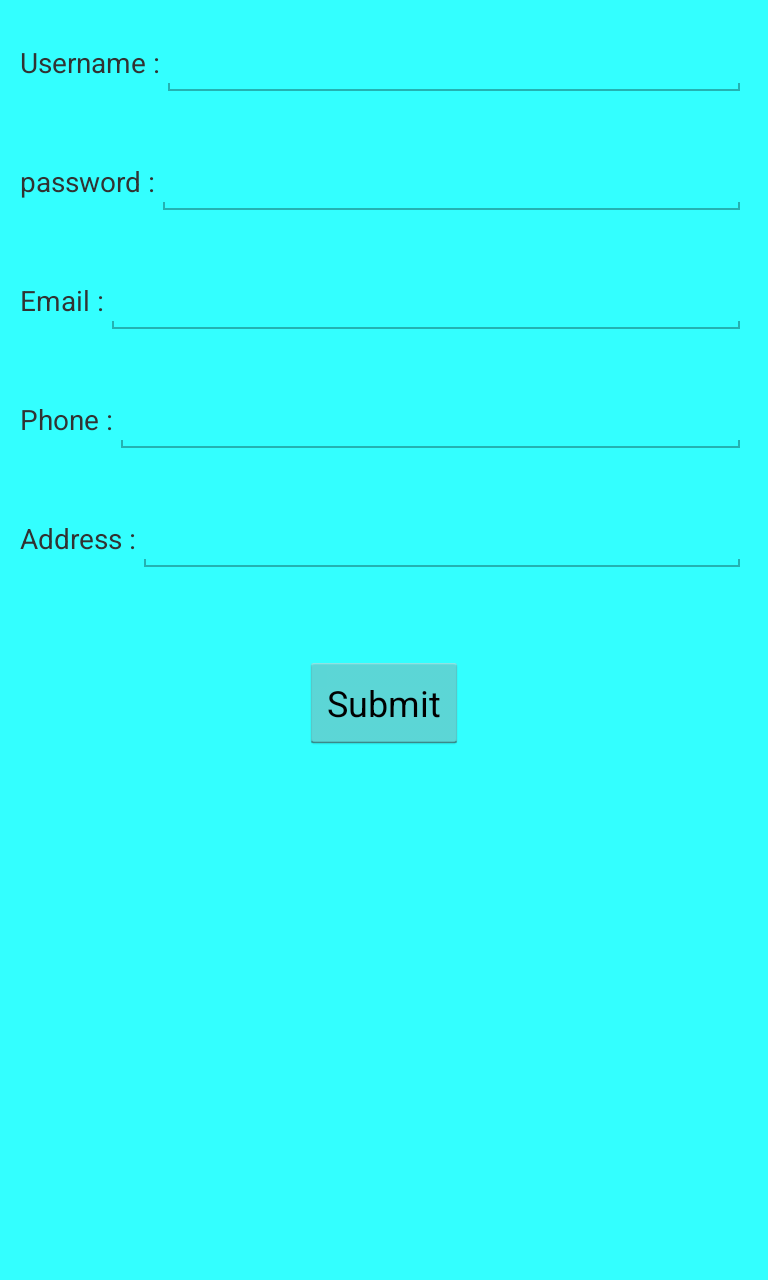
Repository: AnithaGorli/Android
Layout: CustomerApplication/res/layout/login.xml
An editor plug-in stored every save of this project. The layout is shown before and after the next save, followed by the edit.
It is drawn on a 768 x 1280 px phone screen (xhdpi) without system bars, with theme AppTheme; the app's code is not run.

Above is the layout before, as saved 2014-09-09 11:21:55.

After the next save:
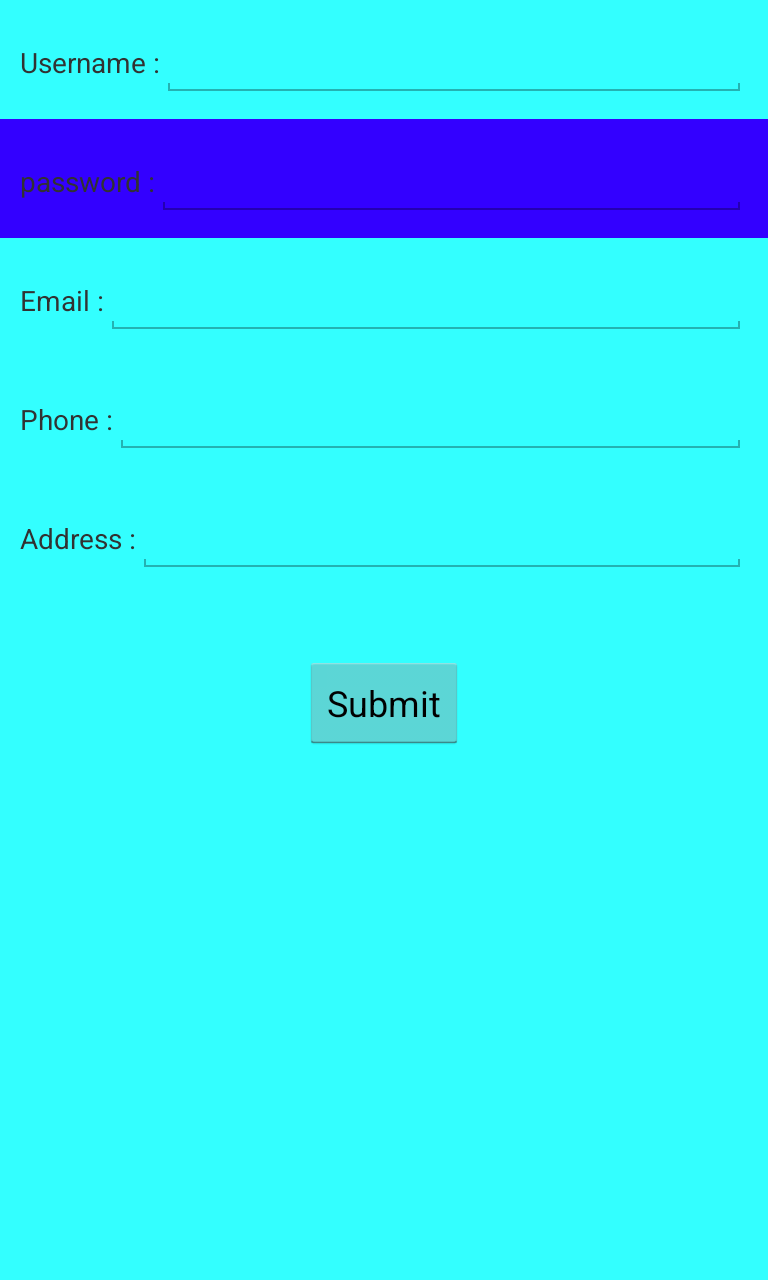
Saved 52 s later.
--- a/CustomerApplication/res/layout/login.xml
+++ b/CustomerApplication/res/layout/login.xml
@@ -29,7 +29,8 @@
         android:id="@+id/l2"
         android:layout_width="match_parent"
         android:layout_height="wrap_content"
-        android:padding="10dp" >
+        android:padding="10dp"
+        android:background="#3300FF" >
 
         <TextView
             android:id="@+id/pwd_txt"

After the save that followed:
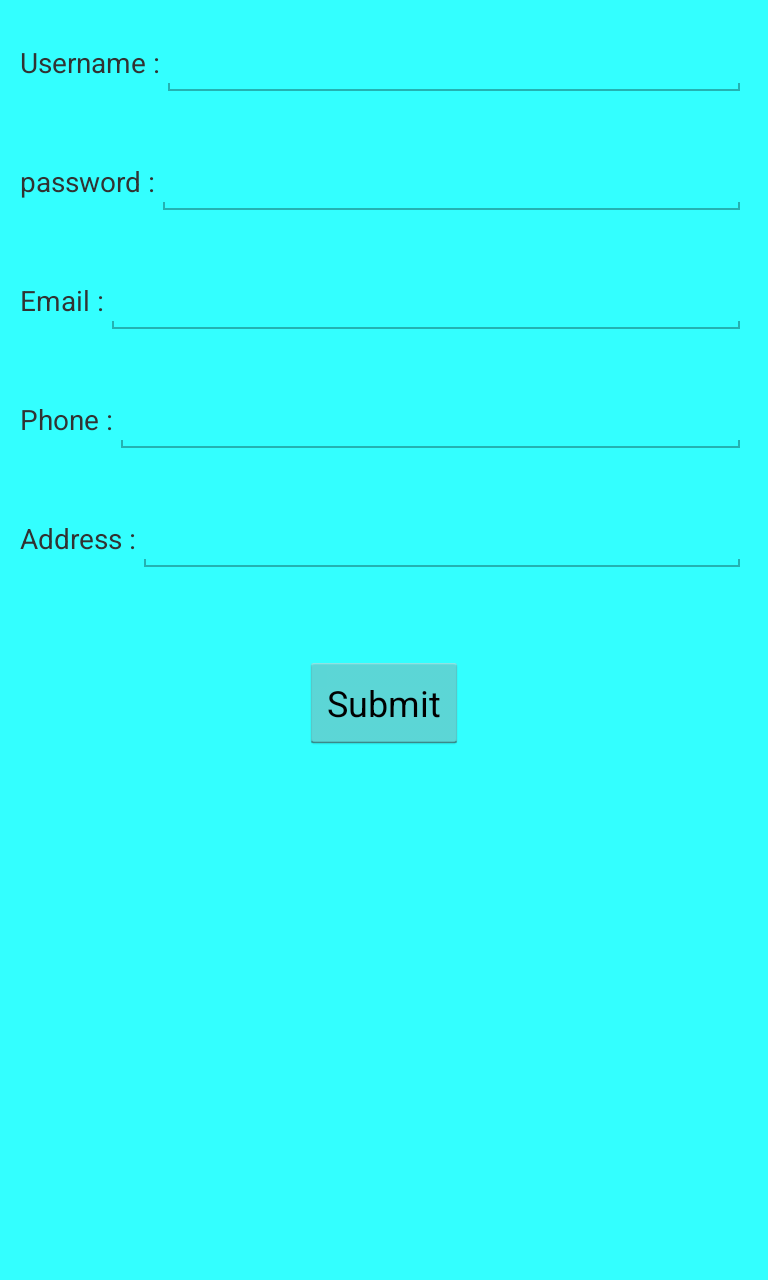
Saved 13 s later.
--- a/CustomerApplication/res/layout/login.xml
+++ b/CustomerApplication/res/layout/login.xml
@@ -30,7 +30,7 @@
         android:layout_width="match_parent"
         android:layout_height="wrap_content"
         android:padding="10dp"
-        android:background="#3300FF" >
+         >
 
         <TextView
             android:id="@+id/pwd_txt"
